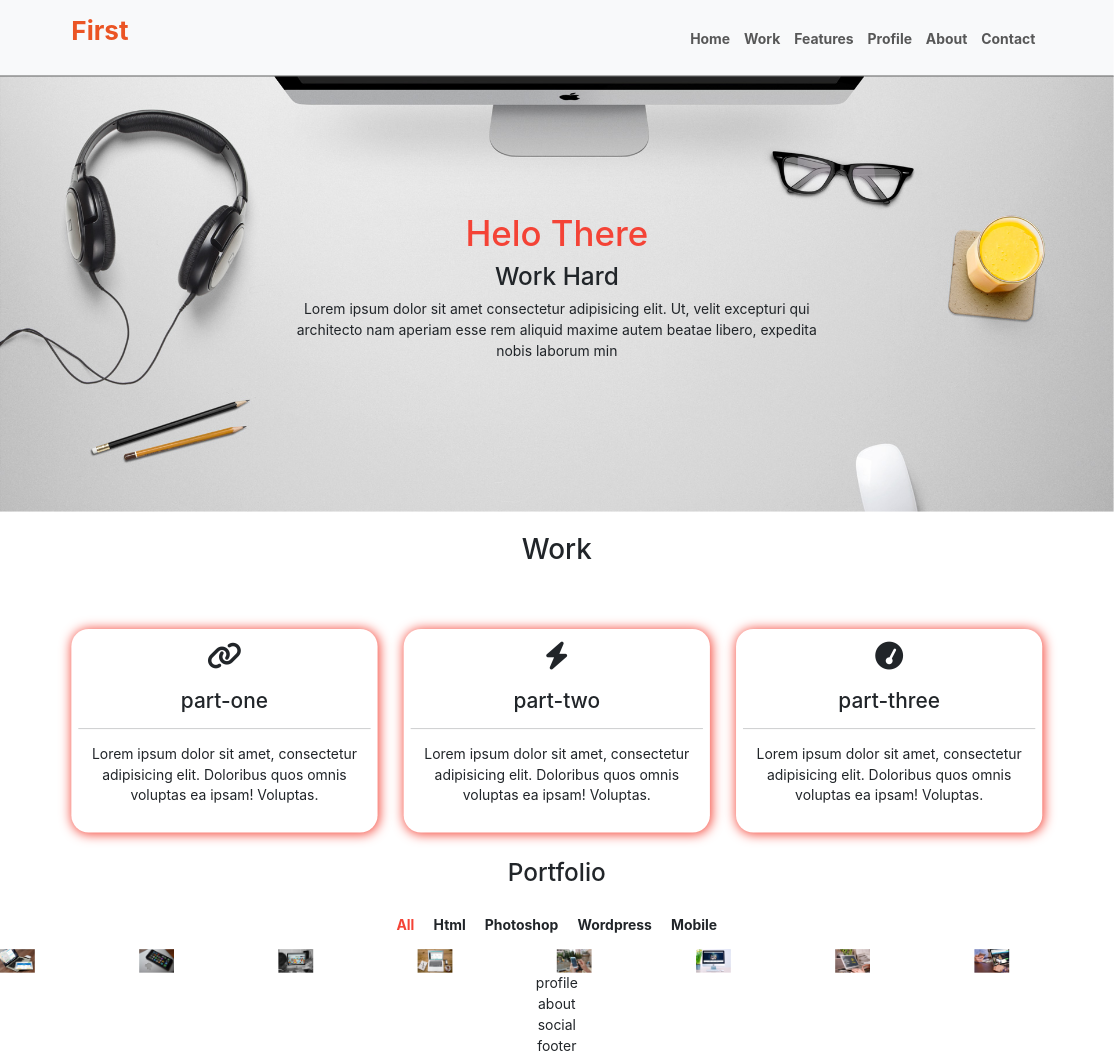
Repository: Hager-h/temple
Page: /
An editor plug-in stored every save of this project. The page is shown before and after the next save, followed by the edit.
The browser window is 1280 px wide. The pictures show the whole page, at 87% of full size.
The project was rebuilt for these pictures with package versions that can differ from the ones it lists, and the page was loaded fresh each time. Also part of the build but not shown: src/components/contact/index.js.

Above is the page before, as saved 2023-07-14 05:32:25.

### src/index.js
import React from 'react';
import ReactDOM from 'react-dom/client';
import "../node_modules/bootstrap/dist/css/bootstrap.min.css"
import "../node_modules/bootstrap/dist/js/bootstrap.min.js"
import './index.css';

import App from './App';
import reportWebVitals from './reportWebVitals';
import { BrowserRouter } from 'react-router-dom';

const root = ReactDOM.createRoot(document.getElementById('root'));
root.render(
  <React.StrictMode>
  <BrowserRouter>
  <App />
  </BrowserRouter>
  </React.StrictMode>
);

// If you want to start measuring performance in your app, pass a function
// to log results (for example: reportWebVitals(console.log))
// or send to an analytics endpoint. Learn more: https://bit.ly/CRA-vitals
reportWebVitals();

### src/App.js
import './App.css';
import Home from "./components/home/Home"
import Contact from "./components/contact/index"
import Nav from "./components/navbar/Nav"
import {Routes,Route} from "react-router-dom"
function App() {
  return (
    <div className="App">
    <Nav />
    <Routes>
    <Route path="/" element={<Home />} />
    <Route path="/contact" element={<Contact />} />

    </Routes>




    </div>
  );
}

export default App;

### src/components/home/Home.js
import React from 'react'
import Work from "./../work/Work"
import Portfolio from "./../portfolio/Portfolio"
import Footer from "./../footer/Footer"
import Social from "./../social/Social"
import About from "./../about/about"
import Profile from "./../Profile/Profile"
import Landing from "./../landing/landing"
export default function Home() {
  return (
    <div>

<Landing />
    <Work />
    <Portfolio />

    <Profile />
    <About />
    <Social />
    <Footer />



    </div>
    )
}

### src/components/navbar/Nav.js
import React from "react"
import { Link } from 'react-router-dom'

import "./navStyle.css"
export default function Nav() {
  return (



    <nav className="navbar navbar-expand-lg bg-body-tertiary ">
    <div className="container ">
      <p className="navbar-brand logo-text" >First</p>
      <button className="navbar-toggler" type="button" data-bs-toggle="collapse" data-bs-target="#navbarNavAltMarkup" aria-controls="navbarNavAltMarkup" aria-expanded="false" aria-label="Toggle navigation">
        <span className="navbar-toggler-icon"></span>
      </button>
      <div className="collapse navbar-collapse  " id="navbarNavAltMarkup">
        <div className="navbar-nav ms-auto">
          <Link className="nav-link " to="/">Home</Link>
          <Link className="nav-link" to="/work">Work</Link>
          <Link className="nav-link" to="/feat">Features</Link>
          <Link className="nav-link" to="/profile">Profile</Link>
          <Link className="nav-link" to="/about">About</Link>
          <Link className="nav-link" to="/contact">Contact</Link>
        </div>

      </div>
    </div>
  </nav>

















  )
}

### src/components/work/Work.js
import "./work.css"
import {Usehook} from "../hook/Hook"
export default function Work() {
  const[data,loading,err]=Usehook('js/data.json')






const dataList=data.map(item=>{
  return (
    <div key={item.id}className="part first">
    <i className={item.icon_name}></i>
<h4 className="part-title">{item.title}</h4>
<hr className="line"/>
<p className="part-desc">
{item.body}
</p>
</div>
  )
})
  return (
    <div className="work">
    <div className="container">

        <h2 className="work-title"><span>My</span> Work</h2>
        <div className="all-work">

        {loading&&<p className="spinner"></p>}
          {dataList}
          {err&&<p className="Err">{err}</p>}
            </div>
    </div>
</div>
  )
}

### src/components/portfolio/Portfolio.js
import React,{useEffect,useState} from 'react'

import "./port.css"
import {Usehook} from "../hook2/Hook2.js"

export default function Portfolio() {


    const[data,loading,err]=Usehook('js/data.json')

    const images=data.map((item)=>{
      console.log(item)
      return(
<div classNmae="container">
<div classNmae="row">
<div key={item.id} className=" col-md-3 ">
<div className="overlay"></div>
<span>Show Image</span>
<img className="port-image w-100" src={item.image} alt="image" />







</div>
</div>


      </div>


    )
  })






  return (
    <div className="port">
<h3> <span> My</span> Portfolio</h3>

<div className="catgeory">
<p className="orange">All</p>
<p>Html</p>
<p>Photoshop</p>
<p>Wordpress</p>
<p> Mobile</p>
</div>

<div className="photo">






{images}





</div>


</div>











  )
}

### src/components/social/Social.js
import React from 'react'

export default function Social() {
  return (
    <div>
      social
    </div>
  )
}

### src/components/landing/landing.js
import React,{Fragment} from 'react'
import "./landing.css"
export default function Landing() {
  return (
    <>
    <div className='landing'>
    <div className='containerr'>
    <div className='text-landing'>

<h1>helo there</h1>
<h3>work hard</h3>
<p>Lorem ipsum dolor sit amet consectetur adipisicing elit. Ut, velit excepturi qui architecto nam aperiam esse rem aliquid maxime autem beatae libero, expedita nobis laborum min</p>

</div>
      </div>
    </div>
    </>
  )
}

### src/components/navbar/navStyle.css
.navbar {
  background: #fff;
  border-bottom: 1px solid #000;


}




 .logo-text {
  font-size: 30px;
  font-weight: bold;
  color:#eb5424
};
.nav-link{
  font-weight: bolder;}
.nav-link:focus, .nav-link:hover {
  color: #F44336;
}.nav-link:focus, .nav-link:hover {
  color: #F44336;

}
.navbar-nav{
  font-weight: bolder;

}
.navbar-toggler:focus{
  border:2px solid #F44336;
  box-shadow: 0 0 0 #F44336;
}
@media(max-width:570px){
  .text-landing{
    width:100%;
  }
}

### src/components/work/work.css



.all-work{display: flex;
    justify-content: center;
    align-items: center;
    margin-top: 72px;}
    .part{
      box-shadow: 1px 1px 13px 1px #f44336;
    border-radius: 20px;
    padding: 15px 8px;

    }
    .part-title{
      margin-top:20px;
    }
    .part:not(:last-child){
      margin-right:30px
    }
    .work-title span{
      color:#f44336
    }
    .work-title{
      margin-top:25px
    }
.loading{

}
.Err{
  font-weight:bolder;
  text-transform: capitalize;
      color:#f44336;
font-size :22px;
margin-bottom: 30px;
text-align: center;
}

.spinner {
  border: 3px solid #f3f3f3;
  border-top: 3px solid #f44336;
  border-radius: 50%;
  width: 20px;
  height: 20px;
  animation: spin 1s linear infinite;
}

@keyframes spin {
  0% { transform: rotate(0deg); }
  100% { transform: rotate(360deg); }
}


    @media(max-width:570px){
      .all-work{
      flex-wrap:wrap;
      }
.part:not(:last-child){
  margin-right: 0;
}
.part{
  margin-bottom: 22px;
}

    }

### src/components/hook/Hook.js
import {useEffect,useState}from 'react'
import axios from 'axios'
export  function Usehook(url) {
  const [data,setdata]=useState([])
  const [err,seterr]=useState(null)
  const [loading,setloading]=useState(null)

  useEffect(()=>{
    setloading(true)
    axios.get(url).then(res=>
      {
      setloading(false)
    setdata(res.data.works)
    console.log(res.data)
    seterr(false)
    }
    ).catch(err=>{
      setloading(false)
      seterr("something went wrong")
    })

  },[])
return[data,loading,err]
}

### src/components/portfolio/port.css
.port{
  margin-top:30px;
}

 .catgeory{
  display :flex;
  justify-content: center;
  align-items: center;
  margin-top: 30px;

 }
 .catgeory p:not(:last-child){
  margin-right: 22px;
 }
.catgeory p{
  cursor:pointer;
  font-weight: bold;

}
.catgeory p:hover,.orange{
  color: #F44336;
}
.photo{
  display:flex;
  justify-content:space-between;
  align-items: center;
}

  .port-image{
    max-width:100%;

 }
 span{
  border:1px solid #F44336;
  position: absolute;
  top:50%;
  left:50%;
  transform: translate(-50%,-50%);
  -webkit-transform: translate(-50%,-50%);
  -moz-transform: translate(-50%,-50%);
  -ms-transform: translate(-50%,-50%);
  -o-transform: translate(-50%,-50%);
  background-color: aliceblue;
  padding: 8px 8px;
  border-radius: 14px;
  -webkit-border-radius: 14px;
  -moz-border-radius: 14px;
  -ms-border-radius: 14px;
  -o-border-radius: 14px;
  cursor:pointer;
  font-weight:bolder;
  opacity:0;

}
.overlay{
  position: absolute;
  top: 0;
  left: 0;
  bottom: 0;
  right: 0;
  background: rgba(224, 158, 138, 0.5);
  font-size: 15px;
  opacity: 0
}
.box:hover .overlay,
.box:hover span{
  opacity: 1;
}

### src/components/hook2/Hook2.js
import React ,{useEffect,useState}from 'react'
import axios from 'axios'
export  function Usehook(url) {
  const [data,setdata]=useState([])
  const [err,seterr]=useState(null)
  const [loading,setloading]=useState(null)

  useEffect(()=>{
    setloading(true)
    axios.get(url).then(res=>
      {
      setloading(false)
    setdata(res.data.portfolio)
    console.log(res.data.portfolio)
    seterr(false)
    }
    ).catch(_err=>{
      setloading(false)
      seterr("something went wrong")
    })

  },[url])
return[data,loading,err]
}

### src/components/landing/landing.css
.landing{
  height: 500px;
   background:url("../../../public/images/Home/home-bg.jpg");
  background-position: center;
  background-size: cover;
position: relative;
text-align: center;
}
.containerr{
  width:85%;
  margin:auto;
}
.text-landing{
  position:absolute;
  top:50%;
  left:50%;
  transform: translate(-50%,-50%);
  -webkit-transform: translate(-50%,-50%);
  -moz-transform: translate(-50%,-50%);
  -ms-transform: translate(-50%,-50%);
  -o-transform: translate(-50%,-50%);
}
h1{
  color:#F44336;
  text-transform: capitalize;

}
h3{
  text-transform: capitalize;

}

### public/js/data.json
{
  "works" : [
      {
          "id" : 1,
          "icon_name": "icon fa fa-chain fa-2x",
          "title": "part-one",
          "body": "Lorem ipsum dolor sit amet, consectetur adipisicing elit. Doloribus quos omnis voluptas ea ipsam! Voluptas."
      },
      {
          "id" : 2,
          "icon_name": "icon fa fa-bolt fa-2x",
          "title": "part-two",
          "body": "Lorem ipsum dolor sit amet, consectetur adipisicing elit. Doloribus quos omnis voluptas ea ipsam! Voluptas."
      },
      {
          "id" : 3,
          "icon_name": "icon fa fa-tachometer fa-2x",
          "title": "part-three",
          "body": "Lorem ipsum dolor sit amet, consectetur adipisicing elit. Doloribus quos omnis voluptas ea ipsam! Voluptas."
      }
  ],

  "portfolio" : [
      {
          "id":1,
          "image": "/images/Portfolio/portfolio-img1.jpg"

      },
      {
          "id":2,
          "image": "/images/Portfolio/portfolio-img2.jpg"
        },
      {
          "id":3,
          "image": "/images/Portfolio/portfolio-img3.jpg"
        },
      {
          "id":4,
          "image": "/images/Portfolio/portfolio-img4.jpg"
        },
      {
          "id":5,
          "image": "/images/Portfolio/portfolio-img5.jpg"
        },
      {
          "id":6,
          "image": "/images/Portfolio/portfolio-img6.jpg"
      },
      {
          "id":7,
          "image": "/images/Portfolio/portfolio-img7.jpg"
      },
      {
          "id":8,
          "image": "/images/Portfolio/portfolio-img8.jpg"
      }
  ] ,
  "social" : [
      {
          "id": 1,
          "icon" : "icon fa fa-facebook fa-lg",
          "title" : "Follow Me on",
          "body" : "Social Facebook"
      },
      {
          "id": 2,
          "icon" : "icon fa fa-twitter fa-lg",
          "title" : "Tweet Me on",
          "body" : "Social twitter"
      },
      {
          "id": 3,
          "icon" : "icon fa fa-pinterest fa-lg",
          "title" : "Pin Me on",
          "body" : "Social Pinterest"
      }
  ]
}

Loaded but not shown: public/index.html (common file); src/index.css (common file); src/reportWebVitals.js (common file); src/App.css (common file); src/components/footer/Footer.js (common file); src/components/about/About.js (common file); src/components/Profile/Profile.js (common file)

After the next save:
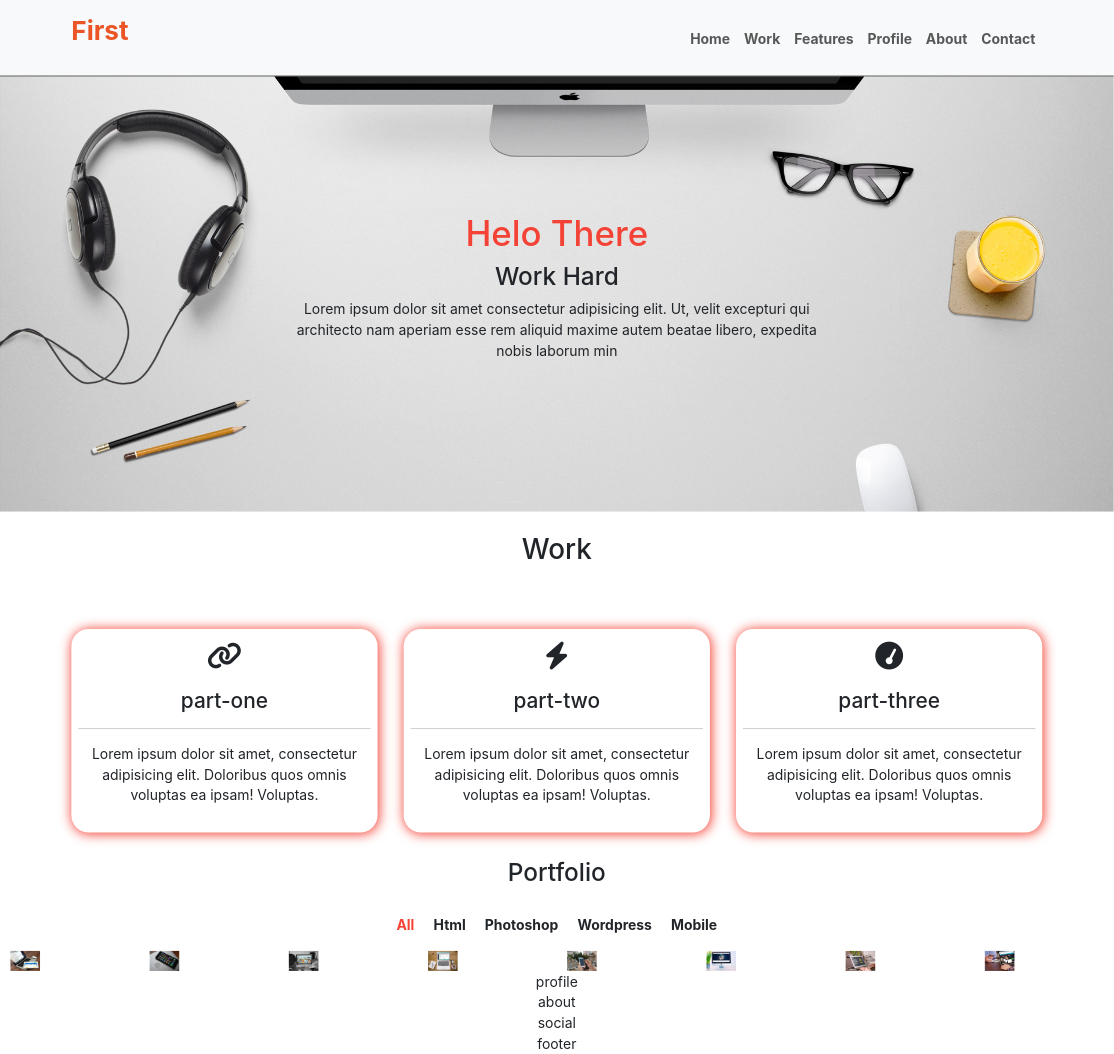
Saved 37 s later.
--- a/src/components/portfolio/Portfolio.js
+++ b/src/components/portfolio/Portfolio.js
@@ -11,7 +11,7 @@ export default function Portfolio() {
     const images=data.map((item)=>{
       console.log(item)
       return(
-<div classNmae="container">
+<div className="container">
 <div classNmae="row">
 <div key={item.id} className=" col-md-3 ">
 <div className="overlay"></div>
